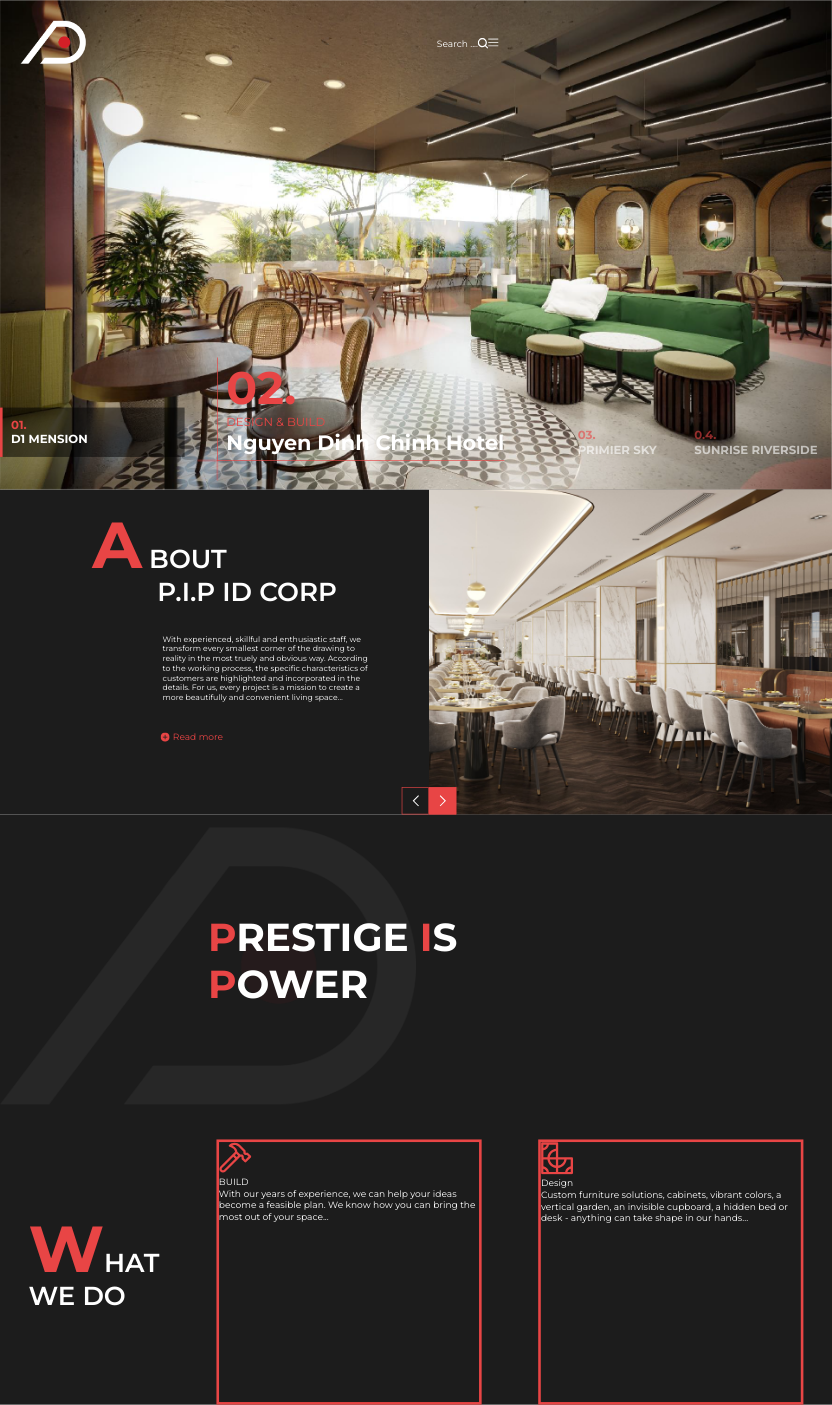
Repository: huudang2840/pipHomePage
Page: index.html
The author's editor kept a copy of each file at every save. The page is drawn from the files as they stood at one save, then again after the next save.
The browser window is 1280 px wide. The pictures show the whole page, at 65% of full size.

Above is the page before, as saved 2023-03-21 15:07:46.

After the next save:
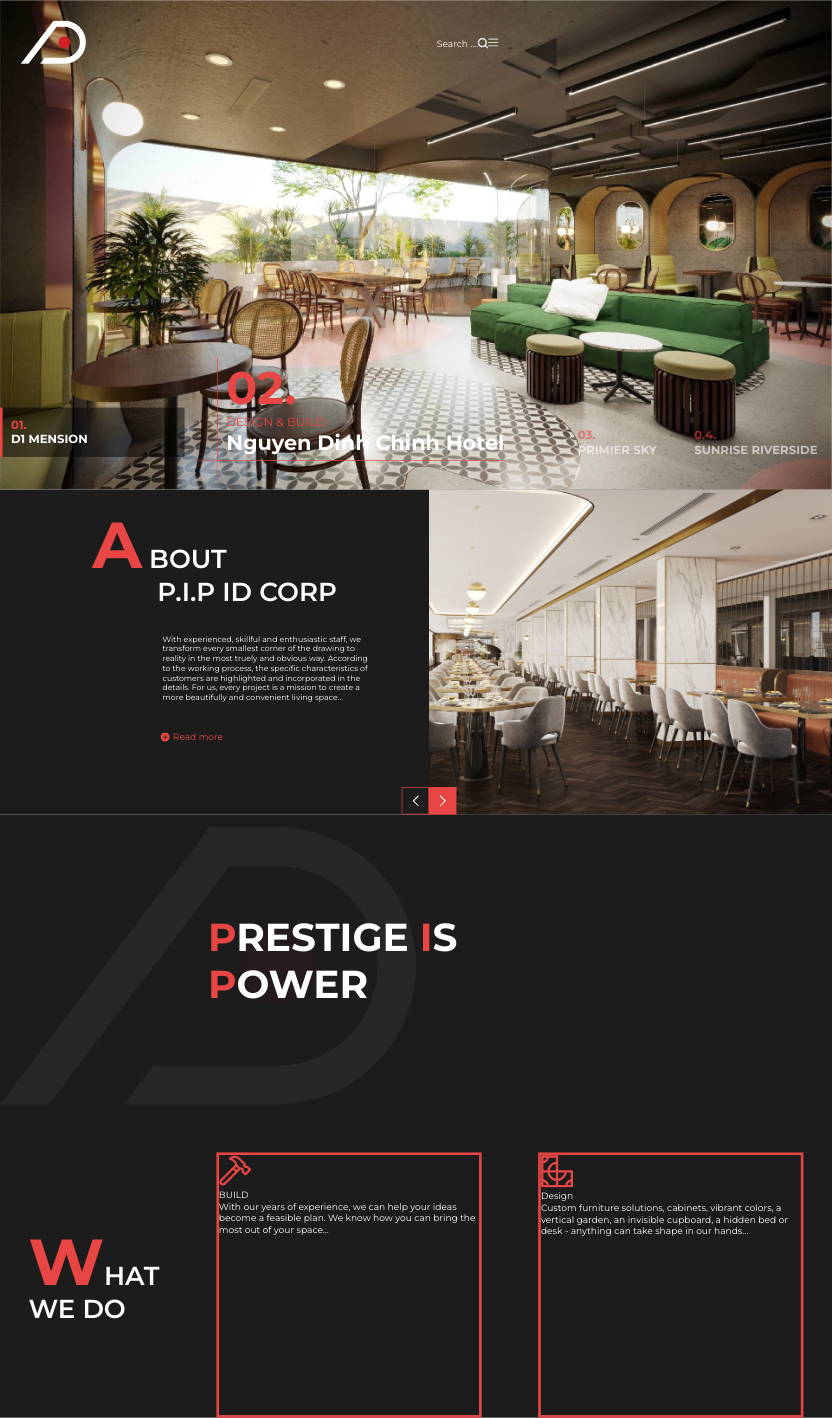
Saved 7 s later.
--- a/style/style.css
+++ b/style/style.css
@@ -270,7 +270,7 @@
   display: flex;
   align-items: center;
   justify-content: space-around;
-  padding-top: 50px;
+  padding-top: 70px;
 }
 
 .wedo__bottom__item {
